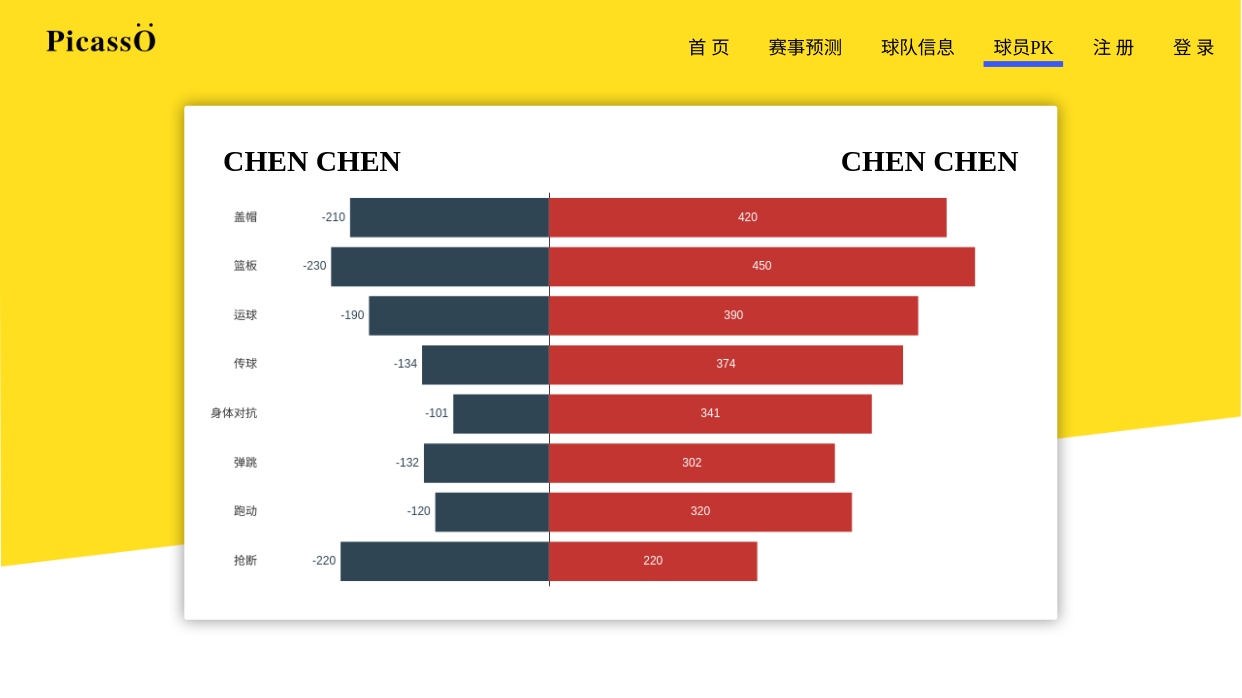
Repository: cciixx/nba-prediction-sys
Page: public/player_PK.html
An editor plug-in stored every save of this project. The page is shown before and after the next save, followed by the edit.
The browser window is 1280 px wide. The pictures show the whole page, at 97% of full size.
Backgrounds fixed to the window are drawn as part of the page.

Above is the page before, as saved 2020-04-03 20:24:34.

After the next save:
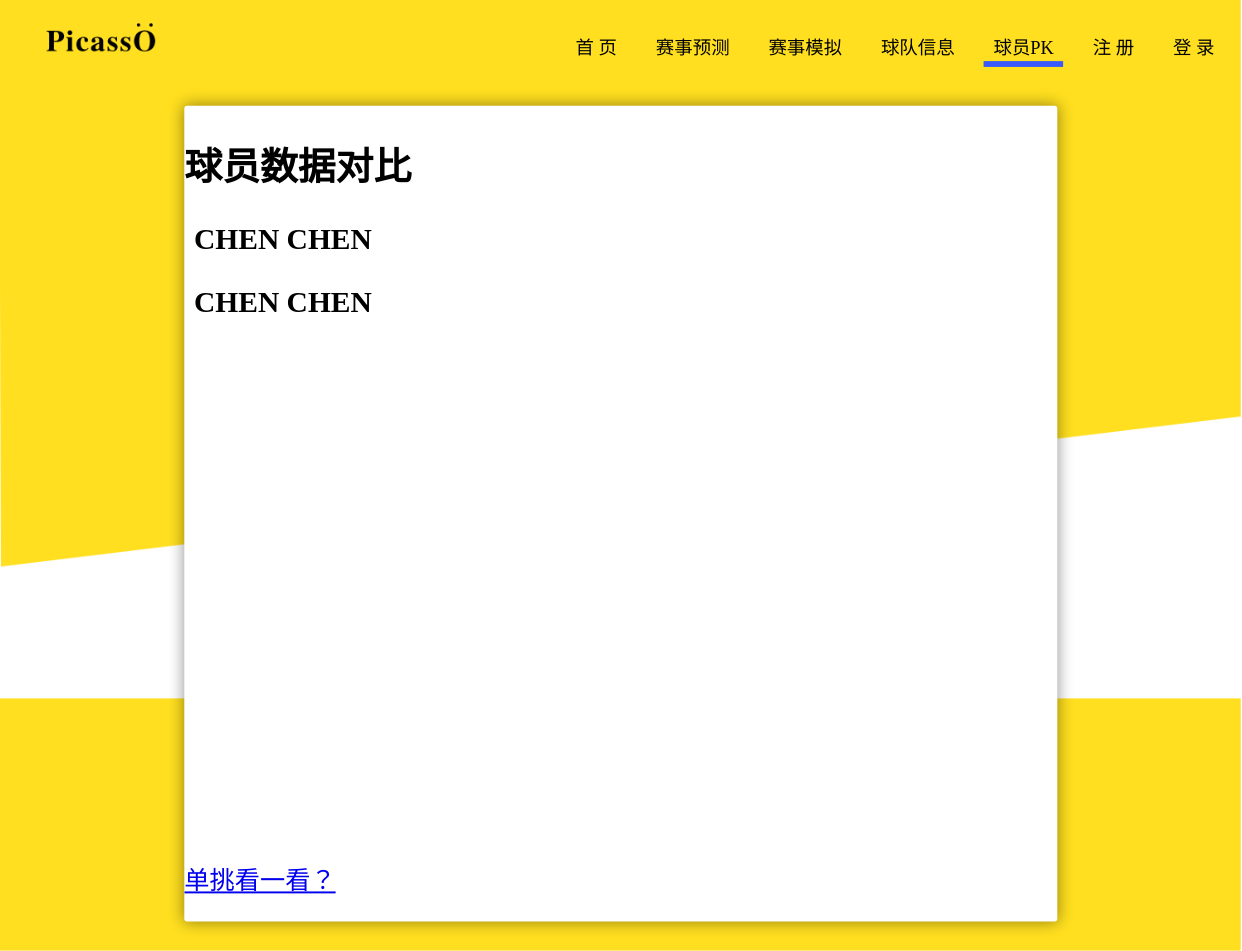
Saved 18 s later.
--- a/public/player_PK.html
+++ b/public/player_PK.html
@@ -18,6 +18,7 @@
             <li><a href="register.html">注 册</a></li>
             <li style="border-bottom: 6px solid #3a59fd;"><a href="PK_index.html">球员PK</a></li>
             <li><a href="team.html">球队信息</a></li>
+            <li><a href="live_index.html">赛事模拟</a></li>
             <li><a href="predict.html">赛事预测</a></li>
             <li><a href="first.html">首 页</a></li>
             <img src="images/logo.png">
@@ -25,75 +26,15 @@
 
         <div class="wrapper">
             <div class="bg">
-
+                <h2>球员数据对比</h2>
                 <div class="name">
-                    <div><h3 style="margin-left: 30px; float: left;">CHEN CHEN</h3></div>
-                    <div><h3 style="margin-left: 30px; float: right;">CHEN CHEN</h3></div>
+                    <div><h3 id="player1_name">CHEN CHEN</h3></div>
+                    <div><h3 id="player2_name">CHEN CHEN</h3></div>
                 </div>
-
-                <div class="chart", id="chartmain">
-                    <script type="text/javascript">
-                        window.onload = function(){
-                            option = {
-                                tooltip: {
-                                    trigger: 'axis',
-                                    axisPointer: {            // 坐标轴指示器，坐标轴触发有效
-                                        type: 'shadow'        // 默认为直线，可选为：'line' | 'shadow'
-                                    }
-                                },
-                                legend: {
-                                    data: [ '球员甲', '球员乙']
-                                },
-                                grid: {
-                                    left: '3%',
-                                    right: '4%',
-                                    bottom: '3%',
-                                    containLabel: true
-                                },
-                                xAxis: {
-                                        show:false,
-                                    },
-                                yAxis: [
-                                    {
-                                        type: 'category',
-                                        axisTick: {
-                                            show: false
-                                        },
-                                        data: ['抢断','跑动', '弹跳', '身体对抗', '传球', '运球', '篮板', '盖帽']
-                                    }
-                                ],
-                                series: [
-                                    {
-                                        name: '收入',
-                                        type: 'bar',
-                                        stack: '总量',
-                                        label: {
-                                            show: true
-                                        },
-                                        data: [220, 320, 302, 341, 374, 390, 450, 420]
-                                    },
-                                    {
-                                        name: '支出',
-                                        type: 'bar',
-                                        stack: '总量',
-                                        label: {
-                                            show: true,
-                                            position: 'left'
-                                        },
-                                        data: [-220, -120, -132, -101, -134, -190, -230, -210]
-                                    }
-                                ]
-                            };
-
-                    var myChart = echarts.init(document.getElementById('chartmain'));
-                    // 使用刚指定的配置项和数据显示图表。
-                    myChart.setOption(option);
-                        }
-                </script>
-                </div>
-            </div>
-
+                <div class="chart", id="chartmain"></div>
+                <p><a href="1V1.html" id="jump">单挑看一看？</a></p>
             </div>
         </div>
+    </div>
 </body>
 </html>
